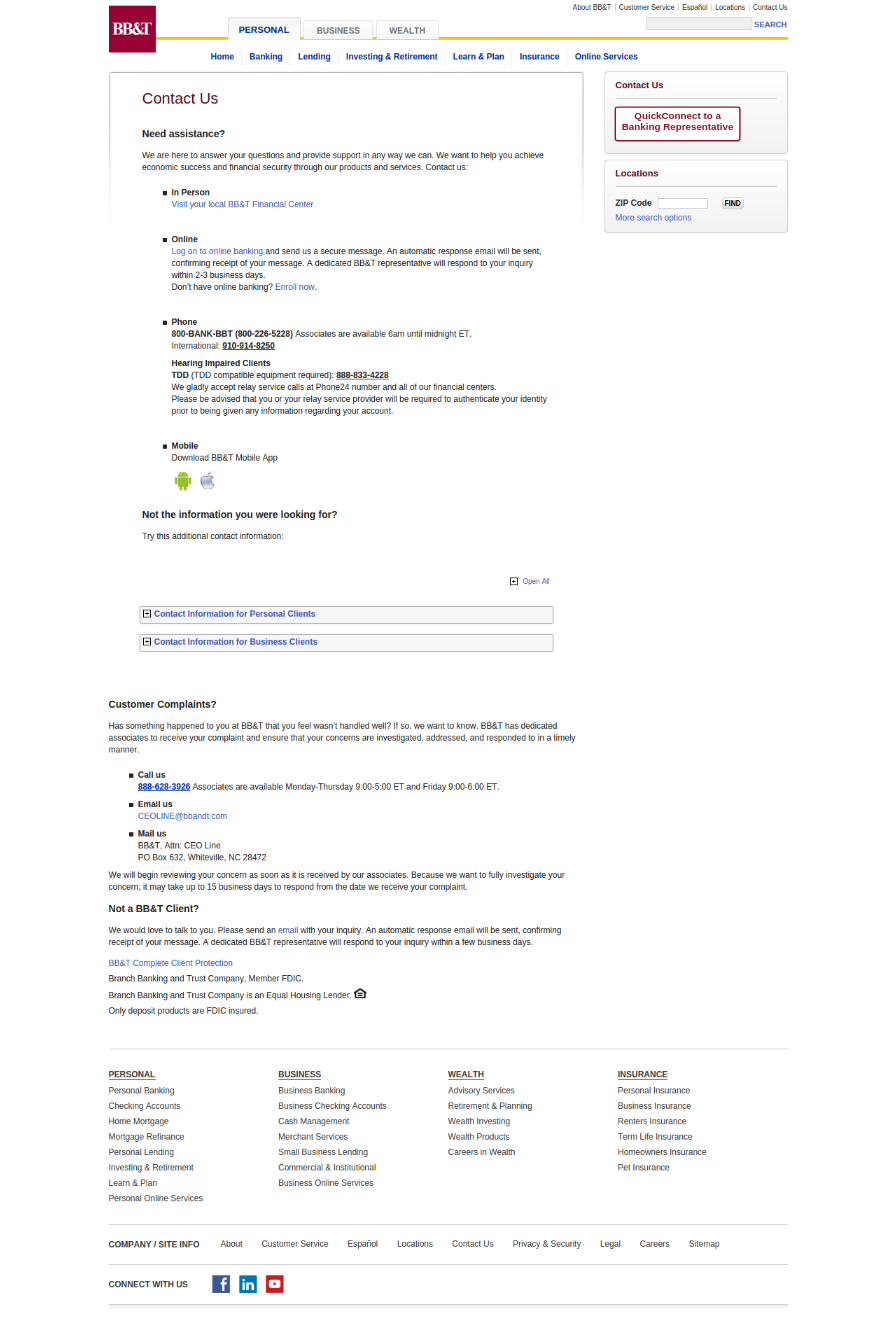
Repository: reidstidolph/chameleon
Page: public/demos/bbt/bbt.html
The author's editor kept a record of every edit. The page is drawn from the files as they stood at one moment, then again after the next edit.
The browser window is 1280 px wide. The pictures show the whole page, at 70% of full size.
Some web libraries are served in a nearby version.

Above is the page before.

### public/demos/bbt/bbt.html
<!DOCTYPE html>
<html>
<head><meta http-equiv="Content-Type" content="text/html; charset=UTF-8">
     <meta charset="utf-8">
     <meta http-equiv="Pragma" content="no-cache">
     <meta http-equiv="X-UA-Compatible" content="IE=edge,chrome=1">
     <title>Customer</title>
     <link rel="shortcut icon" href="oracle-favicon.ico" type="image/x-icon" />
     <script type="text/javascript" src="/public/js/angular.js"></script>
     <script type="text/javascript" src="/public/js/chameleonBeta.js"></script>
    <script type="text/javascript">
var mySipUserId = "customer@oracledemo.com";
var agentSipUserId = "agent@oracledemo.com";

var configuration = {
    sipUser : mySipUserId,
    wscUri : "ws://192.168.9.6:7001/ws/webrtc/guest",
    sipUsername : mySipUserId,
    sipPassword : "oracle4webrtc",
    localAudioId: "localAudio",
    remoteAudioId : "remoteAudio",
    ringtoneId : "ringback",
    ringbackId: "ringback",
    localVideoId : "selfVideo",
    remoteVideoId : "remoteVideo",
    maxAttemptedCalls : 1,
    maxActiveCalls : 1,
    callbacks : {}
};

var formFieldNames = {
    title : "Trade Request Form",
    fieldName1 : "Stock Symbol",
    fieldName2 : "Quantity",
    fieldName3 : "Price",
    fieldName4 : "Limit",
    fieldName5 : "Options",
    fieldName6 : "Comments"
    };

window.onload = function() {
    document.getElementById('companyName').innerHTML = "Oracle Bank";
    document.getElementById('buttonTextLine1').innerHTML = "QuickConnect to a";
    document.getElementById('buttonTextLine2').innerHTML = "Banking Representative";
};


</script>
<style>
#advisorButton {
    /* Change these attributes to customize the button to activate widget */
    color: #95172b; /* <-- This will set the color of the text */
    border-color: #95172b; /* <-- This will set the color of border surrounding the button */
    font-size: 14px; /* <-- This will set the size of the font */
    margin: 152px 0 0 238px; /* <-- This will set the position of the button on the screen
    the value is defined as "margin: top right bottom left". A value of "0 0 0 0" will stick
    it centered at the very top. So, keep the right and bottom values at 0, then just
    adjust top and left to place it where you want it. */
    height: 40px; /* <-- This will set the height of the button*/
    width: 170px; /* <-- This will set the width of the button*/


    /* These attributes you likely won't need to change */
    border: solid 2px;
    padding: 3px;
    border-radius: 4px;
    cursor: pointer;
    text-align: center;
    font-family: Arial, Helvetica, sans-serif;
    font-weight: bold;
    position: absolute;
    left: 50%;
    display: block;
    background-color: white;
}

#background {
    /* Change these attributes to customize the background */
    background-image:url('images/background.png');
    height: 1885px;

    /* These attributes you likely won't need to change */
    position: absolute;
    left: 0;
    top: 0;
    bottom: 0;
    right: 0;
    overflow:hidden;
    background-position:center top;
}

#widget-container {
    /* Change these attributes to customize the widget */
    background-color: #95172b; /* <-- This will set the color of the widget border */
    color: grey; /* <-- This will set the color of the text and icons within the widget */

    /* These attributes you likely won't need to change */
    height: 450px;
    width: 630px;
    margin: -300px 0 0 -315px;
    left: 50%;
    top: 360px;
    display: block;
    position: absolute;
    box-shadow: 50px 50px 100px 10px black;
    border-radius: 15px;
    pointer-events: auto;
    opacity: 1.0;
}

#widget-logo {
    position:absolute;
    right:60px; bottom:-40px;
    border: solid 5px;
    margin: 3px; padding: 3px;
    background-color: white;
    height: 60px
}
</style>
</head>
  <body ng-app="customer" ng-controller="customerController" onorientationchange="setViewPort();">

      <div class="loading-overlay" ng-class="{loadingComplete : pageIsLoaded === true, loadingAnimation : pageIsLoaded === true}" style="position: absolute; left: 0; top: 0; bottom: 0; right: 0; background: #000; opacity: 1; pointer-events:none; z-index: 2000;">
        <img style="pointer-events:none; width: 500px; height: 500px; position: absolute; top: 50%; left: 50%; margin: -250px 0 0 -250px;" class="loading" src="/public/img/loadingloop.gif">
    </div>

  <div id="background">
      <div ng-click="talkToAdvisor()" id="advisorButton"><a id="buttonTextLine1"></a><br><a id="buttonTextLine2"></a></div>
  </div>

<audio id="ringback" preload=auto src="/public/media/ringtones/xylophone.ogg" loop></audio>
<audio id="activate" preload=auto src="/public/media/soundfx/waterdrop.ogg"></audio>
<audio id="deactivate" preload=auto src="/public/media/soundfx/logout.mp3"></audio>

<div style="text-align:center;">
    <div class="widget-overlay">
        <div class="form-overlay" ng-class="{overlayDarken : (syncData.form.active === true && chameleon.isActiveCall === true)}"></div>
        <div id="widget-container" ng-class="{entershow : (helpActive === true && widgetDocked === null),
                                              enterhide : (helpActive === false && (widgetDocked === false || widgetDocked === null)),
                                              enterhideFromDocked : (helpActive === false && widgetDocked === true),
                                              widgetDock : (widgetDocked === true && helpActive === true),
                                              widgetUndock : (widgetDocked == false && helpActive === true)
                                              }">
            <div id="widget-header">
                <h3 style="font-size: 30px">
                    <span ng-hide='chameleon.isActiveCall === true || chameleon.isOutgoingCall === true || madeHelpCall === true || widgetDocked === true'>Connect wth <a id="companyName"></a></span>
                    <span ng-show='chameleon.isOutgoingCall === true && (widgetDocked === false || widgetDocked === null)'>Connecting you...</span>
                    <span ng-show='chameleon.isActiveCall === true && (widgetDocked === false || widgetDocked === null)'>How can I help?</span>
                    <span ng-show='chameleon.isActiveCall === false && chameleon.isOutgoingCall === false && madeHelpCall === true && widgetDocked === true'>Thank You for contacting us!</span>
                    <span class="fa fa-times" style="position:absolute; right:20px; top: 18px; cursor:pointer" ng-click="endHelp()"></span>
                    <span ng-hide='widgetState == "activeDocked" 'class="fa fa-minus" style="position:absolute; right:50px; top: 18px; cursor:pointer" ng-click="toggleWidgetDock()"></span>
                    <span ng-show='widgetState == "activeDocked" 'class="fa fa-plus" style="position:absolute; right:50px; top: 18px; cursor:pointer" ng-click="toggleWidgetDock()"></span>
                </h3>
            </div>
            <div id="widget-body" style="text-align:center;">
                <div ng-hide='chameleon.isActiveCall === true || chameleon.isOutgoingCall === true || madeHelpCall === true'>
                    <div style="font-size:50px; position: relative; text-align:center;">

                        <span class="genericButton" ng-click="doVoiceCall()" ng-hide="widgetDocked === true">Voice &nbsp &nbsp &nbsp &nbsp</span>

                        <span class="genericButton" ng-click="doVideoCall()" ng-hide="widgetDocked === true">Video <br></span>

                        <span class="fa fa-volume-up fa-6 genericButton buttonIcon" ng-class="{buttonDock : (widgetDocked === true),
                                                                                               buttonUndock : (widgetDocked === false)
                        }" ng-click="doVoiceCall()"></span>
                        &nbsp &nbsp  &nbsp &nbsp
                        <span class="fa fa-video-camera fa-6 genericButton buttonIcon" ng-class="{buttonDock : (widgetDocked === true),
                                                                                                  buttonUndock : (widgetDocked === false)

                        }" ng-click="doVideoCall()"></span>
                    </div>
                </div>
                <div style="text-align:center;" ng-show="chameleon.signallingStateId == 1">
	                <span><strong>Error:  </strong>{{chameleon.signallingError.code}} {{chameleon.signallingError.reason}}</span><br>
	                Please try again later.
                </div>
                <div style="text-align:center;" ng-show='chameleon.isActiveCall === false && chameleon.isOutgoingCall === false && madeHelpCall === true'>
                    <br><br><br><br><br><br><br>
                    <span style="font-size:60px">Hope to see you again soon.</span>
                </div>

                <div style="text-align:center;" ng-show="chameleon.isOutgoingCall === true">
                    <br><br><br><br><br>
                    <span ng-hide="widgetDocked === true" style="font-size:30px">Connecting you to a specialist</span><br><br>
                    <img style="pointer-events:none;" src="/public/img/redloading.gif">
                    <br>
                </div>

                <div ng-show='chameleon.isActiveCall === true'>
                    <div id="videoContainer">
            	        <video ng-show='chameleon.activeCallVideo == "RECVONLY" || chameleon.activeCallVideo == "SENDRECV"' class="video" id="remoteVideo" autoplay ></video>
            	        <div class="videoSubContainer" >
            	            <video ng-show='chameleon.activeCallVideo == "SENDONLY" || chameleon.activeCallVideo == "SENDRECV"' class="video" id="selfVideo" autoplay muted></video>
            	        </div>
                    </div>
                        <div class="pulse animated infinite" ng-show='chameleon.activeCallVideo == "NONE"' >
                            <span class="fa fa-volume-up fa-6" style="font-size: 130px; position: absolute; left: 50%; display: block; width: 100px; margin: 0px 0 0 -60px;"></span>
                        </div>
                        <div style="top:174px; position:relative" ng-show='chameleon.activeCallVideo == "NONE" && (widgetDocked === false || widgetDocked === null)' >
                            <span style="font-size: 50px">Voice Call</span>
                        </div>
                        <div class="genericButton">
                            <span ng-click="hangupCall()" class="fa fa-times-circle fa-6" style="font-size:140px; position:absolute; left:20px; bottom:100px;"></span>
                        </div>
                </div>

            </div>
            <div id="widget-footer">

            </div>
            <img src="images/logo.png" id="widget-logo">
        </div>

        <div id="form-container"  ng-class="{formshow : (syncData.form.active === true && chameleon.isActiveCall === true),
                                            formhide : (syncData.form.active === false || chameleon.isActiveCall === false)}">

            <div id="form-container-body" class="col-sm-6 ">
                <h2>{{formFieldNames.title}}</h2>
                <br><span id="entry1"><strong> {{formFieldNames.fieldName1}}</strong>:  <br><input type="text" class="form-control" ng-model="syncData.form.field1"></input></span>
                <br><span id="entry2"><strong> {{formFieldNames.fieldName2}}</strong>:  <br><input type="text" class="form-control" ng-model="syncData.form.field2"></input></span>
                <br><span id="entry3"><strong> {{formFieldNames.fieldName3}}</strong>:  <br><input type="text" class="form-control" ng-model="syncData.form.field3"></input></span>
                <br><span id="entry4"><strong> {{formFieldNames.fieldName4}}</strong>:  <br><input type="text" class="form-control" ng-model="syncData.form.field4"></input></span>
                <br><span id="entry5"><strong> {{formFieldNames.fieldName5}}</strong>:  <br><input type="text" class="form-control" ng-model="syncData.form.field5"></input></span>
                <br><span id="entry6"><strong> {{formFieldNames.fieldName6}}</strong>:  <br><input type="text" class="form-control" ng-model="syncData.form.field6"></input></span>
                <br><button class="btn btn-default" id="login-button" ng-click="submitForm()">Submit</button>
        	</div>
        </div>
    </div>


</div>
<audio id="localAudio" muted></audio>
<link rel="stylesheet" href="//netdna.bootstrapcdn.com/font-awesome/4.1.0/css/font-awesome.min.css">
<link rel="stylesheet" type="text/css" href="/public/css/customer.css">

<script>
var angularApp = angular.module('customer', []);


/**==========================================
 *  Angular service
   ========================================== */
angularApp.factory("chameleonService", function(){

    return chameleon;

});



angularApp.controller('customerController', ["$scope", "chameleonService", function($scope, chameleonService){

    $scope.pageIsLoaded = false;
    $scope.helpActive = false;
    $scope.madeHelpCall = false;
    $scope.widgetDocked = null;

    $scope.syncData = {
        type : "syncData",
        customerVersion : 0,
        agentVersion : 0,
        form : {
            active : false,
            field1 : "",
            field2 : "",
            field3 : "",
            field4 : "",
            field5 : "",
            field6 : ""
        }
    };

    $scope.formFieldNames = formFieldNames;

    console.log("Page is ready");
    setTimeout(function(){
        console.log("trigger removal of loader screen");
        $scope.pageIsLoaded = true;
        $scope.$apply();
    },1000);


    $scope.configuration = configuration;

    $scope.configuration.callbacks.onIncomingData = function (event) {
        console.log("Got Data!!! " + event.data );
        var newData = JSON.parse(event.data);

        if (newData.type == "syncData") {
            if (newData.agentVersion === $scope.syncData.agentVersion) {
                console.log("ignore.");
            } else if (newData.agentVersion !== $scope.syncData.agentVersion) $scope.syncData = newData;

            if($scope.syncData.form.active === true) {
                $scope.widgetDocked = true;
            }
        }

        if (newData.type == "command") {
            console.log ("Got a command: " + newData.action );
            var element = document.getElementById(newData.element);
            element.classList.add('focusElement');

            setTimeout(function(){
                element.classList.remove('focusElement');
            },1000);
        }
    };

    $scope.chameleon = chameleonService;

    $scope.talkToAdvisor = function(){
        console.log($scope.helpActive);
        document.getElementById("activate").play();
        $scope.helpActive = true;
        $scope.widgetDocked = null;
        chameleonService.bootstrap($scope.configuration, $scope);
        console.log("Request for Help");
        console.log($scope.helpActive);
    };

    $scope.wscInit = function(){
        chameleonService.bootstrap($scope.configuration, $scope);
    };

    $scope.reset = function(){
        chameleonService.initialize();
    };

    $scope.wscStop = function(){
        chameleonService.closeSession();
    };

    $scope.answerIncomingCall = function(call){
        console.log("Accept call button is clicked!");
        chameleonService.acceptIncomingCall(call);
    };

    $scope.declineIncomingCall = function(call){
        console.log("Decline call button is clicked.");
        chameleonService.rejectIncomingCall(call);
    };

    $scope.cancelOutgoingCall = function(call){
        console.log("Cancel call button is clicked.");
        chameleonService.cancelOutgoingCall(call);
    };

    $scope.hangupCall = function(call){
        console.log("Hang up button clicked.");
        chameleonService.endActiveCall(call);
    };


    $scope.doVoiceCall = function(){
        console.log("Make voice call button clicked");
        $scope.syncData.form.active = false;
        chameleonService.makeCall(agentSipUserId, audioCall);
    };

    $scope.doVideoCall = function(){
        console.log("Make video call button clicked");
        $scope.syncData.form.active = false;
        chameleonService.makeCall(agentSipUserId, videoCall);
    };


    $scope.endHelp = function() {
        chameleonService.closeSession();
        $scope.helpActive = false;
        $scope.syncData.form.active = false;
        $scope.madeHelpCall = false;
        document.getElementById("deactivate").play();
    };

    $scope.toggleWidgetDock = function() {

        if($scope.syncData.form.active === true) {

            $scope.widgetDocked = true;

            return;
        }

        if ($scope.widgetDocked === null) $scope.widgetDocked = true;
        else $scope.widgetDocked = !$scope.widgetDocked;
    };

    $scope.submitForm = function() {
        $scope.syncData.form.active = false;
        $scope.widgetDocked = false;
    };

    $scope.outboundCallee;
    $scope.sessionMedia = {};
    $scope.sessionMedia.audio = true;
    $scope.sessionMedia.video = false;
    $scope.sessionMedia.data = false;



    var audioCall = {
        audio : true,
        video : false,
        data  : true,
        dcConfig : [{"label":"chameleonDataChannel", "reliable" : true }]
    };

    var videoCall = {
        audio : true,
        video : true,
        data  : true,
        dcConfig : [{"label":"chameleonDataChannel", "reliable" : true }]
    };




    $scope.$watch('syncData.form', function() {

        if (chameleonService.calls.active[0] && chameleonService.calls.active[0].dataChannels[0].getState() == "open") {
            console.log("sending form update.");
            $scope.syncData.customerVersion++;
            chameleonService.calls.active[0].dataChannels[0].sendData(JSON.stringify($scope.syncData));
        }
    }, true);

}]);
</script>

</body>

</html>

Loaded but not shown: public/js/angular.js (library); public/js/chameleonBeta.js (943 lines, source omitted); public/css/customer.css (1068 lines, source omitted)

After the next edit:
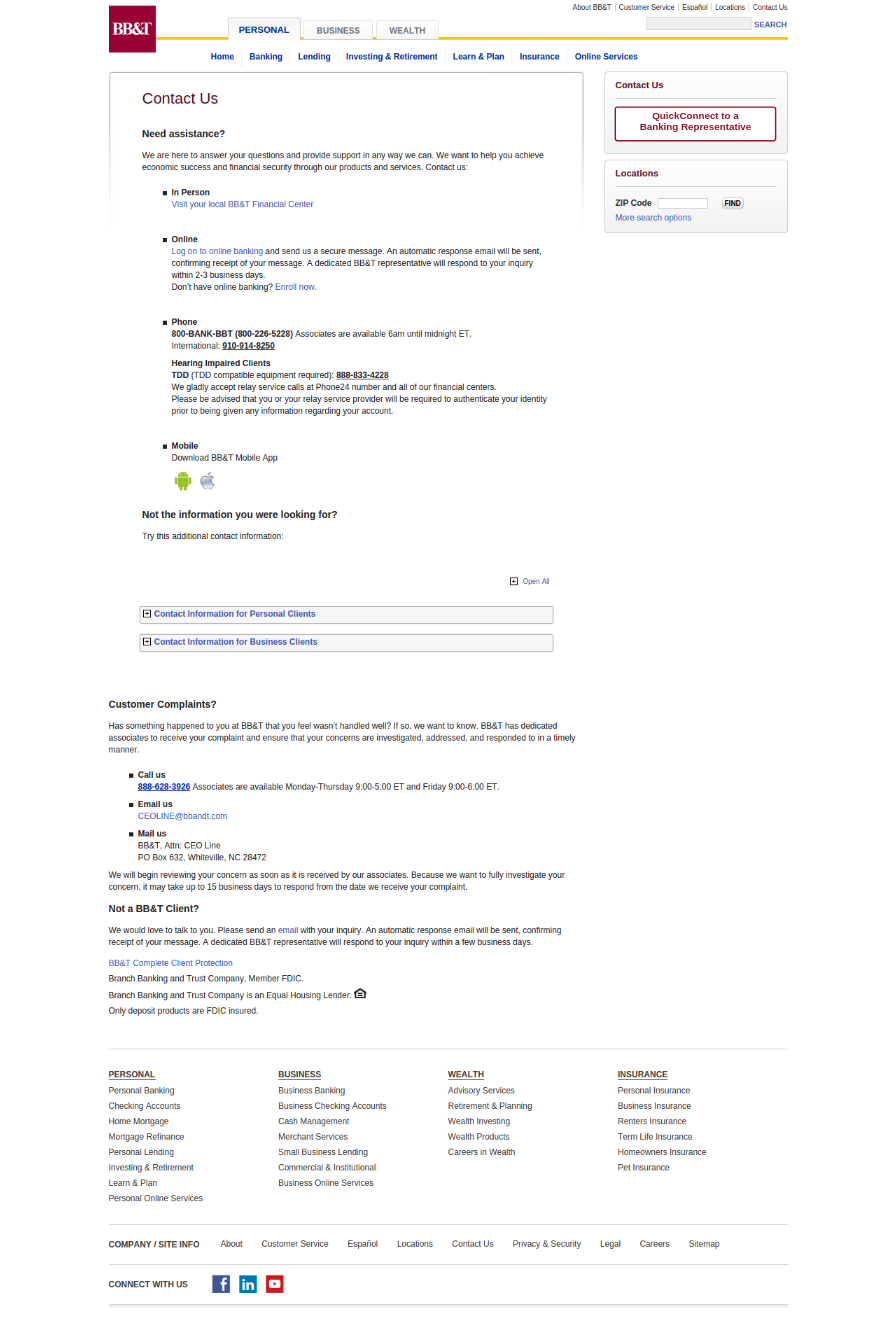
The edit:
--- a/public/demos/bbt/bbt.html
+++ b/public/demos/bbt/bbt.html
@@ -57,7 +57,7 @@
     it centered at the very top. So, keep the right and bottom values at 0, then just
     adjust top and left to place it where you want it. */
     height: 40px; /* <-- This will set the height of the button*/
-    width: 170px; /* <-- This will set the width of the button*/
+    width: 221px; /* <-- This will set the width of the button*/
 
 
     /* These attributes you likely won't need to change */
